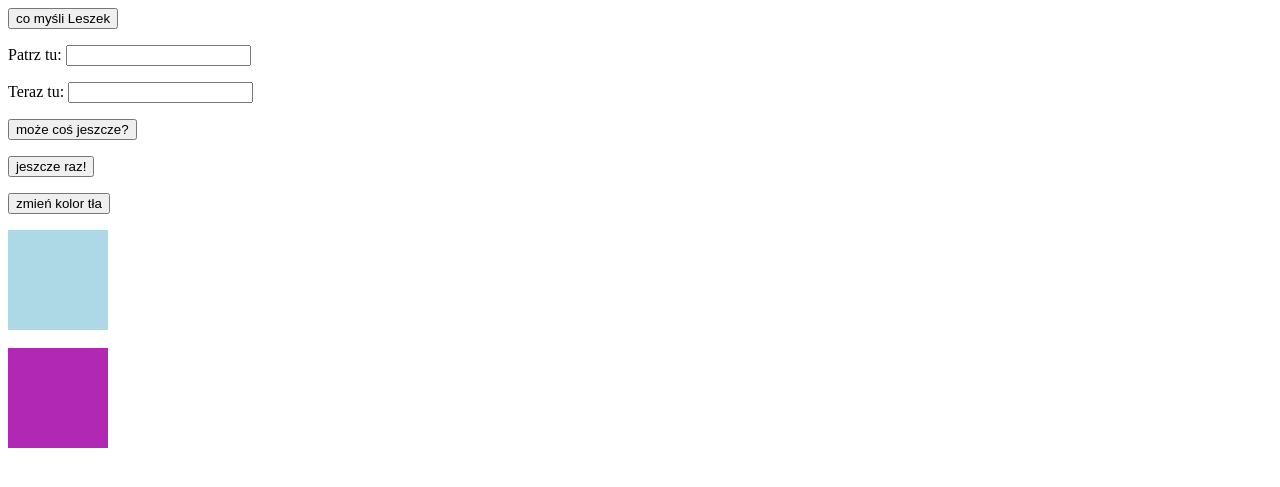
Repository: LechCieslak/autofill
Page: index.html
An editor plug-in stored every save of this project. The page is shown before and after the next save, followed by the edit.
The browser window is 1280 px wide. The pictures show the whole page.

Above is the page before, as saved 2020-04-15 21:23:28.

After the next save:
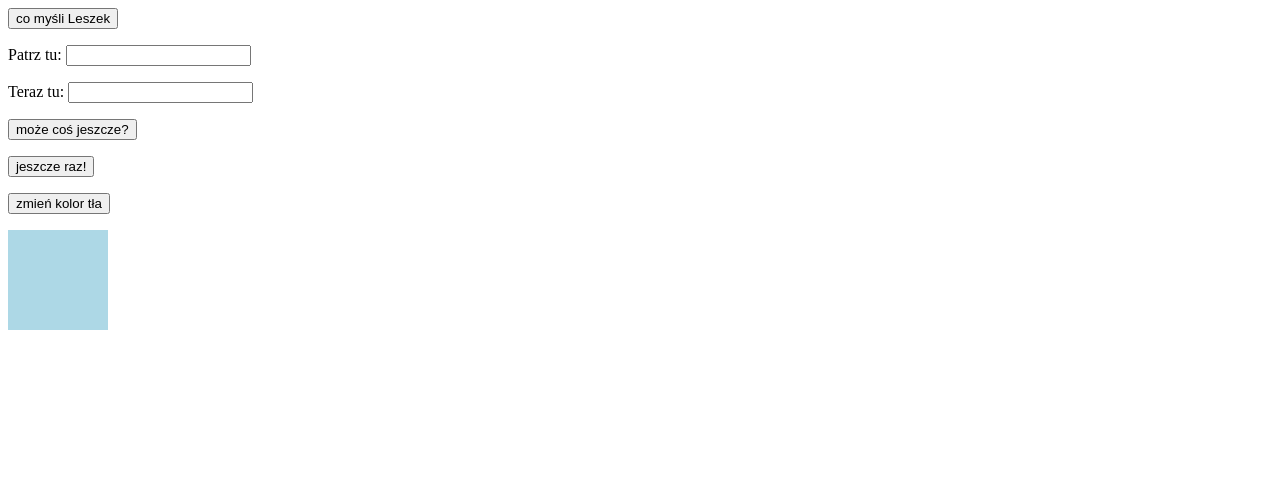
Console error: TypeError: Cannot read properties of null (reading 'style')
Saved 14 days later.
--- a/index.html
+++ b/index.html
@@ -54,7 +54,7 @@
 
     <div class="fubar"></div>
     <br>
-    <div class="fubar2"></div>
+    <!-- <div class="fubar2"></div> -->
 
     <script src="app.js"></script>
 </body>

After the save that followed:
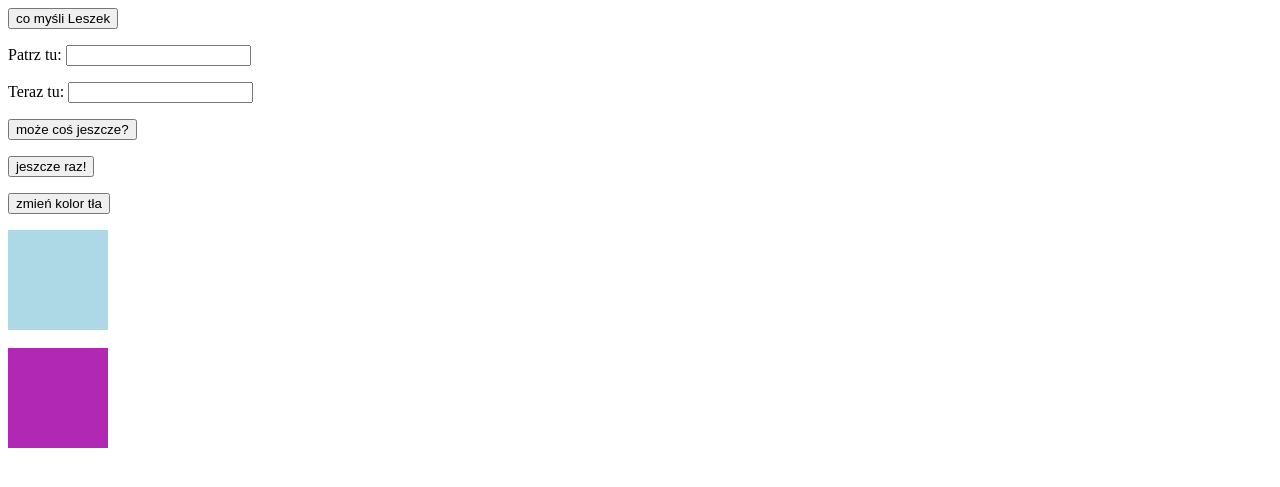
The error is gone.
Saved 8 s later.
--- a/index.html
+++ b/index.html
@@ -54,7 +54,7 @@
 
     <div class="fubar"></div>
     <br>
-    <!-- <div class="fubar2"></div> -->
+    <div class="fubar2"></div>
 
     <script src="app.js"></script>
 </body>
